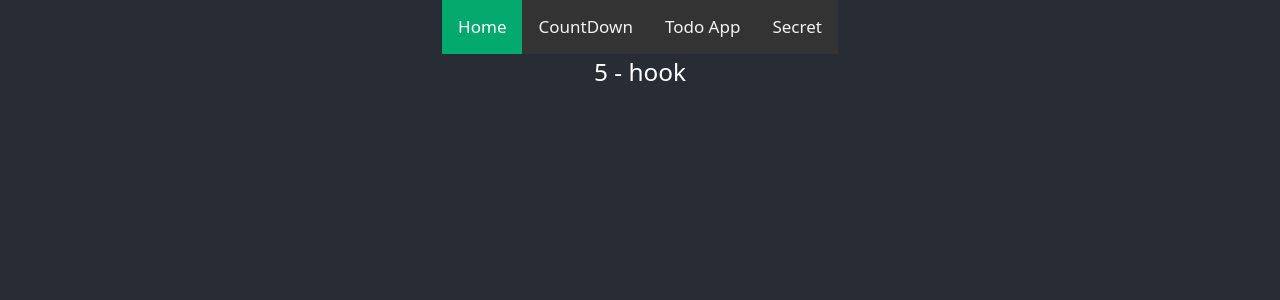
Repository: ThucSkin/React-hook-basic
Page: /countdown
The author's editor kept a copy of each file at every save. The page is drawn from the files as they stood at one save, then again after the next save.
The browser window is 1280 px wide. The pictures show the whole page.
The project was rebuilt for these pictures with package versions that can differ from the ones it lists, and the page was loaded fresh each time. Also part of the build but not shown: src/views/Todo.js, src/views/TableApi/TableUser.scss, src/customize/Fetch.js, src/views/TableApi/TableApi.js.

Above is the page before, as saved 2023-06-11 17:12:48.

### src/App.js

import './App.css';
import Nav from './views/Nav';
import Todo from './views/Todo';
import TableApi from './views/TableApi/TableApi';
import { CountDown } from './views/CountDown/countdown';
import { Routes, Route } from 'react-router-dom'


const App = () => {
  return (
    <div className="App">
      <header className="App-header">
        <Nav />
        <Routes>
          <Route path='/' element={<TableApi />}></Route>
          <Route path='/countdown' element={<CountDown />}></Route>
          <Route path='/todo' element={<Todo />}></Route>
        </Routes>
      </header>
    </div>
  );
}

export default App;

### src/App.css
.App {
  text-align: center;
}

.App-logo {
  height: 10vmin;
  pointer-events: none;
}

@media (prefers-reduced-motion: no-preference) {
  .App-logo {
    animation: App-logo-spin infinite 20s linear;
  }
}

.App-header {
  background-color: #282c34;
  min-height: 100vh;
  display: flex;
  flex-direction: column;
  align-items: center;
  /* justify-content: center; */
  font-size: calc(10px + 2vmin);
  color: white;
}

.App-link {
  color: #61dafb;
}

@keyframes App-logo-spin {
  from {
    transform: rotate(0deg);
  }
  to {
    transform: rotate(360deg);
  }
}

### src/views/Nav.js
import { Link } from 'react-router-dom';
import './Nav.scss'

const Nav = () => {
    return (
        <>
            <div className="topnav">
                <Link className="active" to="/">Home</Link>
                <Link to="/countdown">CountDown</Link>
                <Link to="/todo">Todo App</Link>
                <Link to="/secrect">Secret</Link>
            </div>
        </>
    )
}

export default Nav;

### src/views/CountDown/countdown.js
import { useState, useEffect } from "react";

const CountDown = () => {
    const [count, setCount] = useState(10)

    useEffect(() => {
        if (count === 0) {
            alert('Timed out')
            return
        }
        let timer = setInterval(() => {
            setCount(count - 1);
        }, 1000)

        return () => {
            clearInterval(timer)
        }
    }, [count])

    return (
        <div>{count} - hook</div>
    )
}

export { CountDown };

### src/views/Nav.scss
body {
    margin: 0;
    font-family: Arial, Helvetica, sans-serif;

    .topnav {
        overflow: hidden;
        background-color: #333;

        a {
            float: left;
            color: #f2f2f2;
            text-align: center;
            padding: 14px 16px;
            text-decoration: none;
            font-size: 17px;
        }

        a:hover {
            background-color: #ddd;
            color: black;
        }

        a.active {
            background-color: #04AA6D;
            color: white;
        }
    }
}

Loaded but not shown: public/index.html (common file); src/index.js (common file); src/index.css (common file); src/reportWebVitals.js (common file)

After the next save:
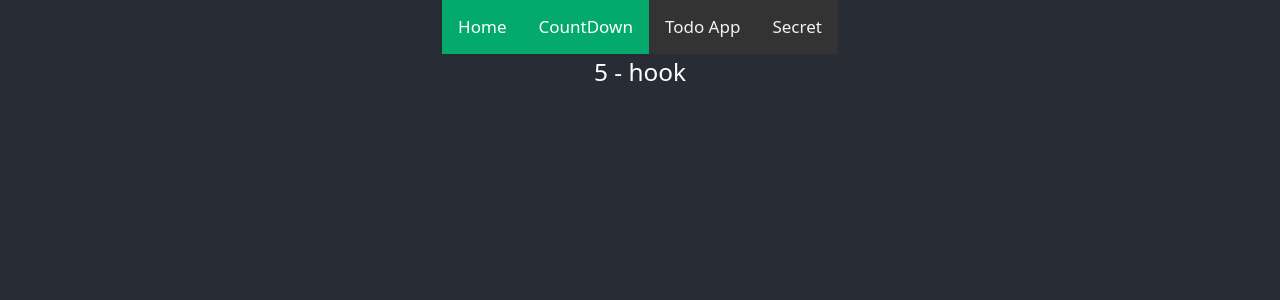
Saved 82 s later.
--- a/src/views/Nav.js
+++ b/src/views/Nav.js
@@ -1,14 +1,14 @@
-import { Link } from 'react-router-dom';
+import { Link, NavLink } from 'react-router-dom';
 import './Nav.scss'
 
 const Nav = () => {
     return (
         <>
             <div className="topnav">
-                <Link className="active" to="/">Home</Link>
-                <Link to="/countdown">CountDown</Link>
-                <Link to="/todo">Todo App</Link>
-                <Link to="/secrect">Secret</Link>
+                <NavLink className="active" to="/">Home</NavLink>
+                <NavLink to="/countdown">CountDown</NavLink>
+                <NavLink to="/todo">Todo App</NavLink>
+                <NavLink to="/secrect">Secret</NavLink>
             </div>
         </>
     )
